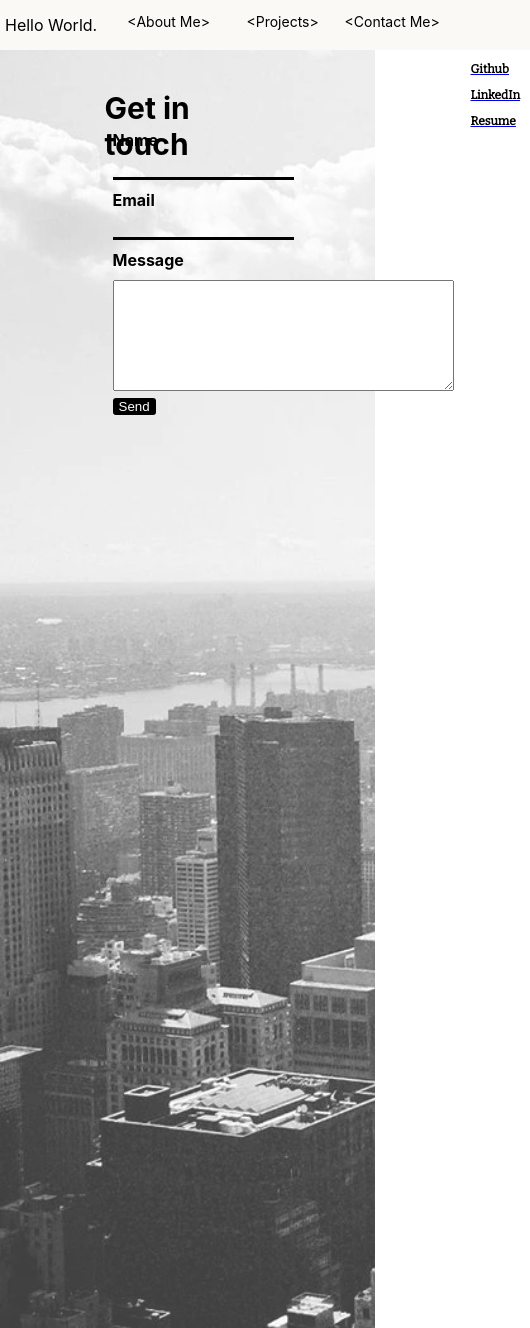
Repository: ghend99/website_ethan_pratt
Page: /contact
An editor plug-in stored every save of this project. The page is shown before and after the next save, followed by the edit.
The browser window is 375 px wide. The page is 530 px wide, then 456 px, so the pictures cover 530 px, including what lies to the right of the window. The pictures show the whole page.
The project was rebuilt for these pictures with package versions that can differ from the ones it lists, and the page was loaded fresh each time. Also part of the build but not shown: src/pages/home.js, src/css/about.css, src/pages/about.js, src/pages/project.js.

Above is the page before, as saved 2023-04-25 09:02:01.

### public/index.html
<!DOCTYPE html>
<html lang="en">
  <head>
    <meta charset="utf-8" />
    <link rel="icon" href="%PUBLIC_URL%/favicon.ico" />
    <meta name="viewport" content="width=device-width, initial-scale=1" />
    <meta name="theme-color" content="#000000" />
    <meta
      name="description"
      content="Web site created using create-react-app"
    />
    <link rel="apple-touch-icon" href="%PUBLIC_URL%/logo192.png" />
    <!--
      manifest.json provides metadata used when your web app is installed on a
      user's mobile device or desktop. See https://developers.google.com/web/fundamentals/web-app-manifest/
    -->
    <link rel="manifest" href="%PUBLIC_URL%/manifest.json" />
    <!--
      Notice the use of %PUBLIC_URL% in the tags above.
      It will be replaced with the URL of the `public` folder during the build.
      Only files inside the `public` folder can be referenced from the HTML.

      Unlike "/favicon.ico" or "favicon.ico", "%PUBLIC_URL%/favicon.ico" will
      work correctly both with client-side routing and a non-root public URL.
      Learn how to configure a non-root public URL by running `npm run build`.
    -->
    <title>Ethan Pratt | Junior Front-End Developer</title>
  </head>
  <body>
    <noscript>You need to enable JavaScript to run this app.</noscript>
    <div id="root"></div>
    <!--
      This HTML file is a template.
      If you open it directly in the browser, you will see an empty page.

      You can add webfonts, meta tags, or analytics to this file.
      The build step will place the bundled scripts into the <body> tag.

      To begin the development, run `npm start` or `yarn start`.
      To create a production bundle, use `npm run build` or `yarn build`.
    -->
  </body>
</html>

### src/App.js
import { BrowserRouter as Router, Routes, Route } from "react-router-dom";
import { Home } from "./pages/home";
import { About } from "./pages/about.js";
import { Project } from "./pages/project.js";
import { Contact } from "./pages/contact.js";

function App() {
  return (
    <div className="App">
      <Router>
        <Routes>
          <Route path="/" element={<Home />} />
          <Route path="/projects" element={<Project />} />
          <Route path="/about" element={<About />} />
          <Route path="/contact" element={<Contact />} />
        </Routes>
      </Router>
    </div>
  );
}

export default App;

### src/pages/contact.js
import React, { useRef } from "react";
import emailjs from "@emailjs/browser";
import { Header } from "../components/header.js";
import "../css/contact.css";

export const Contact = () => {
  const form = useRef();

  const sendEmail = (e) => {
    e.preventDefault();

    emailjs
      .sendForm(
        "service_baem50f",
        "template_3lrlcby",
        form.current,
        "PLR_fdQuEr_RCEmkO"
      )
      .then(
        (result) => {
          alert(`Message Sent`);
          console.log(result.text);
          e.target.reset();
        },
        (error) => {
          console.log(error.text);
        }
      );
  };
  return (
    <div>
      <div className="bg">
        <Header />
        <div id="contact-container">
          <h1 className="contact-header">Get in touch</h1>
          <div id="contact-form">
            <form ref={form} onSubmit={sendEmail}>
              <label className="form-name-header">Name</label>
              <input className="form-name-input" type="text" name="user_name" />
              <label className="form-email-header">Email</label>
              <input
                className="form-email-input"
                type="email"
                name="user_email"
              />
              <label className="form-message-header">Message</label>
              <textarea
                className="form-message-input"
                name="message"
                rows="7"
                cols="40"
              />
              <input className="form-submit" type="submit" value="Send" />
            </form>
          </div>
        </div>
      </div>
    </div>
  );
};

### src/components/header.js
import React, { useState } from "react";
import { Link } from "react-router-dom";
import "../css/header.css";
import github from "../images/github.png";
import linkedin from "../images/linkedin.png";
import resume from "../images/resume.png";
import menu from "../images/menu.png";

export const Header = () => {
  return (
    <div className="header-container">
      <Link className="header-title" to="/">
        Hello World.
      </Link>
      <Link id="header-nav" className="header-projects" to="/projects">
        &lt;Projects&gt;
      </Link>
      <Link id="header-nav" className="header-about" to="/about">
        &lt;About Me&gt;
      </Link>
      <Link id="header-nav" className="header-contact" to="/contact">
        &lt;Contact Me&gt;
      </Link>
      <a href="https://github.com/ghend99" target={"_blank"}>
        <img id="header-socials" className="header-github" src={github} />
      </a>
      <a href="https://www.linkedin.com/in/ethanapratt/" target={"_blank"}>
        <img id="header-socials" className="header-linkedin" src={linkedin} />
      </a>
      <a
        href="https://acrobat.adobe.com/link/review?uri=urn:aaid:scds:US:da99c37f-c24d-3e9b-a6fa-3d40d675b989"
        target={"_blank"}
      >
        <img id="header-socials" className="header-resume" src={resume} />
      </a>

      <div className="header-socials-list">
        <a href="https://github.com/ghend99" target={"_blank"}>
          <p className="header-socials-text">Github</p>
        </a>
        <a href="https://www.linkedin.com/in/ethanapratt/" target={"_blank"}>
          <p className="header-socials-text">LinkedIn</p>
        </a>
        <a
          href="https://acrobat.adobe.com/link/review?uri=urn:aaid:scds:US:da99c37f-c24d-3e9b-a6fa-3d40d675b989"
          target={"_blank"}
        >
          <p className="header-socials-text">Resume</p>
        </a>
      </div>
    </div>
  );
};

### src/css/home.css
@import url("https://fonts.googleapis.com/css2?family=Bitter&display=swap");

#center-container {
  position: relative;
  max-width: 25%;
  min-width: 500px;
  height: 20%;
  border-bottom: solid;
  /* background-color: aqua; */
  margin-left: auto;
  margin-right: auto;
  top: 10%;
  text-align: center;
  padding: 70px 0;
}

.home-name {
  top: 0;
  font-size: 50px;
  font-weight: bold;
}

.home-job-title {
  font-size: 32px;
  font-family: "Bitter";
}

.home-resume,
.home-github,
.home-linkedin {
  position: absolute;
  bottom: -50px;
  text-decoration: none;
  color: black;
  font-size: 20px;
  font-weight: bold;
  height: 50px;
  padding-bottom: 10px;
}

.home-resume:hover,
.home-github:hover,
.home-linkedin:hover {
  border-bottom: solid;
}

.home-github {
  left: 0;
}

.home-linkedin {
  left: 45%;
}

.home-resume {
  right: 0;
}

### src/css/header.css
@import url("https://fonts.googleapis.com/css2?family=Bitter&display=swap");

.header-socials-text {
  color: black;
  text-decoration: none;
  border-bottom: none;
}

.header-container {
  position: relative;
  display: flex;
  flex-direction: row;
  max-width: 100%;
  min-width: 530px;
  max-height: 200px;
  min-height: 50px;
  background-color: #faf9f6;
  /* padding-top: 20px; */
}

.header-title {
  position: absolute;
  left: 5px;
  margin: 0;
  margin-right: clamp(20px, 50px, 30px);
  font-size: clamp(1rem, 4vw, 1.7rem);
  top: 8px;
  text-decoration: none;
  color: black;
}

#header-nav {
  position: absolute;
  display: flex;
  font-size: clamp(1rem, 4vw, 1.5rem);
  margin: 0;
  margin-right: clamp(20px, 50px, 30px);
  top: 8px;
}

.header-projects {
  left: clamp(30%, 46.5%, 60%);
  text-decoration: none;
  color: black;
}

.header-about {
  margin: 0;
  margin-left: 50px;
  margin-right: 100px;
  left: clamp(5px, 24%, 55%);
  text-decoration: none;
  color: black;
}

.header-contact {
  left: clamp(20%, 65%, 70%);
  text-decoration: none;
  color: black;
}

#header-socials {
  max-width: 11%;
  min-width: 35px;
  max-height: 50%;
  min-height: 10px;
  top: 15px;
  cursor: pointer;
}

#header-nav:hover {
  border-bottom: solid;
}

.header-github {
  position: absolute;
  right: clamp(10px, 12%, 110px);
}

.header-linkedin {
  position: absolute;
  right: clamp(5px, 10%, 60px);
}

.header-resume {
  position: absolute;
  right: clamp(10px, 10%, 10px);
}

.bg {
  position: relative;
  max-width: 100%;
  min-width: 650px;
  height: 100%;
  min-height: 83rem;
  background-size: cover;
  background-repeat: no-repeat;
  background-position: center center;
}

.bg::before {
  content: "";
  background-image: url(../images/background-image.jpg);
  background-size: cover;
  position: absolute;
  top: 0px;
  right: 0px;
  bottom: 0px;
  left: 0px;
  opacity: 0.75;
}

.header-socials-list {
  position: absolute;
  right: 10px;
  top: 50px;
  font-size: 12px;
  font-weight: bold;
  font-family: "Bitter";
  color: black;
  opacity: 0;
  transition: all 0.2s;
}

@media screen and (min-width: 0) and (max-width: 1028px) {
  #header-socials {
    display: none;
  }

  .header-socials-list {
    opacity: 1;
  }
}

@media screen and (min-width: 0) and (max-width: 612px) {
  #header-nav {
    top: 13px;
    font-size: 22px;
  }

  .header-socials-menu {
    top: 15px;
    right: 10px;
    width: 20px;
    height: 20px;
  }
}

@media screen and (min-width: 0) and (max-width: 554px) {
  #header-nav {
    font-size: 20px;
  }

  .header-title {
    top: 15px;
    font-size: 16px;
  }
}

@media screen and (min-width: 0) and (max-width: 554px) {
  .header-container {
    width: 50px;
  }

  #header-nav {
    font-size: 14px;
  }

  .bg {
    min-width: 100px;
  }
}

### src/css/project.css
@import url("https://fonts.googleapis.com/css2?family=Bitter&display=swap");

#projects-container {
  position: absolute;
  display: grid;
  grid-template-columns: 1fr 1fr 1fr 1fr;
  grid-template-rows: 3fr;
  max-width: 80%;
  min-width: 70%;
  max-height: 400vh;
  min-height: 150px;
  /* background-color: blue; */
  /* opacity: 0.7; */
  left: 10%;
  top: 10%;
}

#single-project {
  position: relative;
  max-width: 100%;
  max-height: 600px;
  min-height: 100%;
  border: solid;
  text-align: center;
  background-color: #faf9f6;
}

.project-name {
  font-family: "Bitter";
  font-size: clamp(18px, 24px, 30px);
}

#project-image {
  position: relative;
  max-width: 80%;
  max-height: 75%;
  min-height: 20%;
  top: -10px;
  margin-left: auto;
  margin-right: auto;
}

.image {
  width: 70%;
}

#project-stacks-used {
  margin: 0;
  top: 300px;
}

.project-footer {
  position: absolute;
  display: grid;
  grid-template-columns: 1fr 1fr 1fr;
  text-align: center;
  width: 100%;
  height: 6%;
  bottom: 10px;
}

.source-link,
.source-demo,
.project-info {
  position: absolute;
  text-decoration: none;
  color: black;
  font-size: clamp(0.8rem, 0.5vw, 0.8rem);
  font-weight: bold;
  height: 20px;
  cursor: pointer;
}

.source-link {
  left: 5px;
}

.source-demo {
  right: 5px;
}

#project-information {
  font-size: 14px;
}

.source-link:hover,
.source-demo:hover,
.project-info:hover {
  border-bottom: solid;
}

@media screen and (min-width: 0) and (max-width: 1028px) {
  /* #project-container {
    grid-template-columns: 1fr 1fr 1fr;
  } */

  /* #single-project {
    height: 50%;
  } */

  .project-footer {
    grid-template-rows: 0.5fr;
    bottom: 0;
  }

  .source-link,
  .source-demo,
  .project-info {
    font-size: 10px;
    font-weight: bold;
  }

  .source-link {
    margin: 0;
  }

  .source-demo {
    margin: 0;
    right: 7px;
  }

  .project-info {
    margin: 0;
    top: -4px;
  }
}

@media screen and (min-width: 0) and (max-width: 708px) {
  #projects-container {
    height: 20%;
  }

  .project-footer {
    bottom: 0;
  }

  .source-link,
  .source-demo,
  .project-info {
    font-size: 8px;
  }

  #single-project {
    min-height: 410px;
  }

  #project-information {
    font-size: 12px;
  }
}

### src/css/contact.css
#contact-container {
  position: relative;
  max-width: 40%;
  min-width: 30%;
  height: 360px;
  top: 40px;
  margin-left: auto;
  margin-right: auto;
}

.contact-header {
  position: absolute;
  top: 0;
  left: -8px;
  font-size: clamp(1rem, 4vw, 7rem);
  margin: 0;
}

#contact-form {
  position: relative;
  width: 100%;
  height: 300px;

  top: 140px;
}

.form-name-input,
.form-email-input {
  background-color: transparent;
  border: none;
  border-bottom: solid;
  outline: none;
}

.form-name-header {
  position: absolute;
  top: 0;
  left: 0;
  font-weight: bold;
}

.form-name-input {
  position: absolute;
  top: 30px;
  left: 0;
}

.form-email-header {
  position: absolute;
  top: 60px;
  left: 0;
  font-weight: bold;
}

.form-email-input {
  position: absolute;
  top: 90px;
  left: 0;
}

.form-message-header {
  position: absolute;
  top: 120px;
  left: 0;
  font-weight: bold;
}

.form-message-input {
  position: absolute;
  top: 150px;
  left: 0;
}

.form-submit {
  position: relative;
  top: 265px;
  background-color: black;
  color: white;
  cursor: pointer;
  opacity: 1;
  border: none;
  border-radius: 3px;
}

@media screen and (min-width: 0) and (max-width: 1000px) {
  #contact-form {
    top: 50px;
  }
}

@media screen and (min-width: 0) and (max-width: 500px) {
  .contact-header {
    font-size: 30px;
  }

  #contact-form {
    top: 40px;
  }
}

Loaded but not shown: src/index.js (common file); src/index.css (common file)

After the next save:
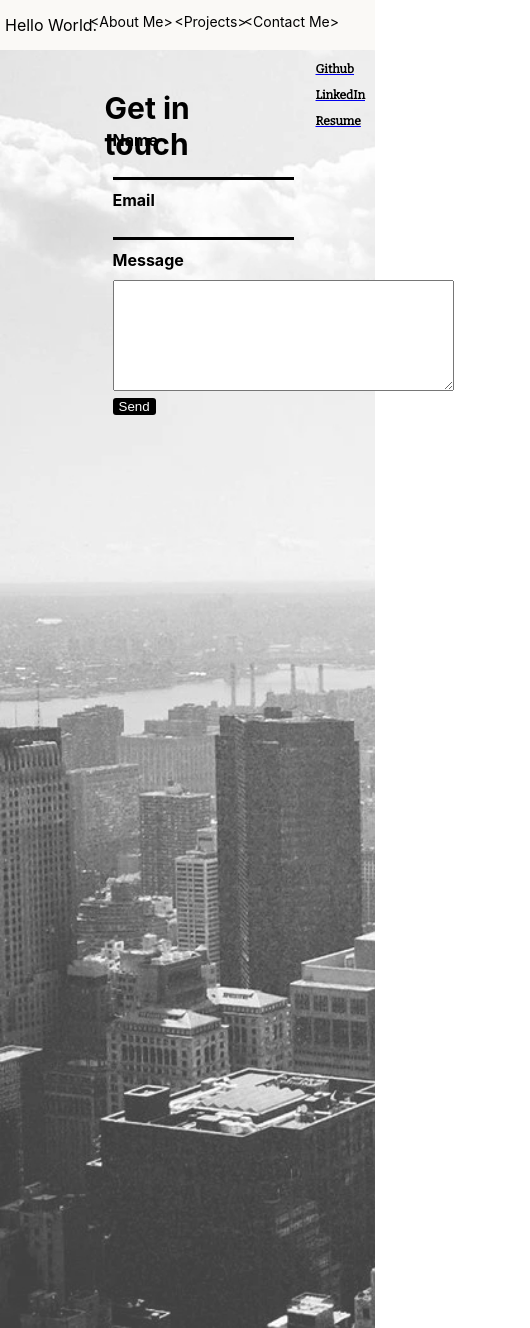
Saved 12 s later.
--- a/src/css/header.css
+++ b/src/css/header.css
@@ -159,7 +159,7 @@
 
 @media screen and (min-width: 0) and (max-width: 554px) {
   .header-container {
-    width: 50px;
+    min-width: 50px;
   }
 
   #header-nav {
